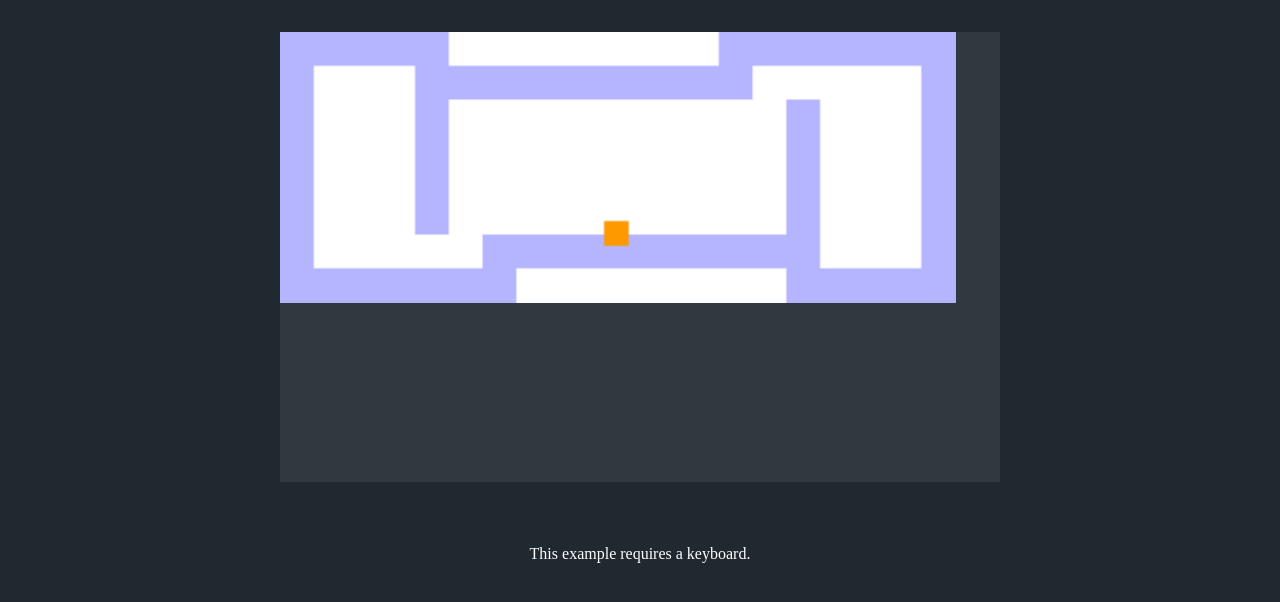
Repository: jh0l/WorldsHardestGame
Page: index.html
These files come from the project's save history. The page is drawn as it stood at one moment and after the next save; the edit follows.
The browser window is 1280 px wide. The pictures show the whole page.

Above is the page before, as saved 2018-07-19 01:08:13.

### index.html
<html>

<head>

	<meta name="viewport" content="width=device-width">
	<link href="src/index.css" rel="stylesheet" type="text/css">

	<title>PoP Vlog - Top Down Tiles</title>

</head>

<body>

	<canvas></canvas>

	<p>This example requires a keyboard.</p>

	<script src="src/index.js" type="text/javascript"></script>

</body>

</html>

### src/index.css
* {
  box-sizing: border-box;
  margin: 0;
  padding: 0;
}

html {
  height: 100%;
  width: 100%;
}

body {
  align-content: space-around;
  background-color: #202830;
  color: #ffffff;
  display: grid;
  grid-template-columns: auto;
  grid-template-rows: auto auto auto auto;
  height: 100%;
  justify-content: space-around;
  text-align: center;
  width: 100%;
}

canvas {
  background-color: #303840;
  justify-self: center;
}

### src/index.js
(function() {
  "use strict";

  var controller, display, game;

  controller = {
    down: false,
    left: false,
    right: false,
    up: false,

    keyUpDown: function(event) {
      var key_state = event.type == "keydown" ? true : false;

      switch (event.keyCode) {
        case 65:
          controller.left = key_state;
          break; // left key
        case 87:
          controller.up = key_state;
          break; // up key
        case 68:
          controller.right = key_state;
          break; // right key
        case 83:
          controller.down = key_state;
          break; // down key
      }
    }
  };
  const tileValColor = (val, index) => {
    if (val === '0') {
      return (index + game.world.columns % 2 === 0? 0 : 1) % 2 === 0 ? "#e6e6ff": "#fff";
    }
    return "#b4b5fe" ;
  };
  display = {
    buffer: document.createElement("canvas").getContext("2d"),
    context: document.querySelector("canvas").getContext("2d"),
    output: document.querySelector("p"),

    render: function() {
      for (let index = game.world.map.length - 1; index > -1; --index) {
        this.buffer.fillStyle = tileValColor(game.world.map[index], index);
        this.buffer.fillRect(
          (index % game.world.columns) * game.world.tile_size,
          Math.floor(index / game.world.columns) * game.world.tile_size,
          game.world.tile_size,
          game.world.tile_size
        );
      }

      this.buffer.fillStyle = game.player.color;
      this.buffer.fillRect(
        game.player.x,
        game.player.y,
        game.player.width,
        game.player.height
      );

      this.context.drawImage(
        this.buffer.canvas,
        0,
        0,
        this.buffer.canvas.width,
        this.buffer.canvas.height,
        0,
        0,
        this.context.canvas.width,
        this.context.canvas.height
      );
    },

    resize: function(event) {
      var client_height = document.documentElement.clientHeight;

      display.context.canvas.width = document.documentElement.clientWidth - 32;

      if (display.context.canvas.width > client_height) {
        display.context.canvas.width = client_height;
      }

      display.context.canvas.height = Math.floor(
        display.context.canvas.width * 0.625
      );

      display.render();
    }
  };
  const playerSize = 11;
  game = {
    /* This is the player object. Make sure to note that for this collision method
    to work, you must record the current and last positions of your game objects
    to use in collision detection. It is used to calculate the vector used to determine
    if an object is entering into a collision tile and from what side. */
    player: {
      color: "#ff9900",
      height: playerSize,
      old_x: 160, // these are what you should take note of. Don't worry, it's useful
      old_y: 160, // to keep track of old positions for many physics methods. These aren't one trick pony's.
      speed: 3,
      velocity_x: 0,
      velocity_y: 0,
      width: playerSize,
      x: 160 - 16,
      y: 100 - 16,

      // These functions just make it easy to read the collision code
      get bottom() {
        return this.y + this.height;
      },
      get oldBottom() {
        return this.old_y + this.height;
      },
      get left() {
        return this.x;
      }, // kind of pointless, but used
      get oldLeft() {
        return this.old_x;
      }, // to help visualize the collision methods
      get right() {
        return this.x + this.width;
      },
      get oldRight() {
        return this.old_x + this.width;
      },
      get top() {
        return this.y;
      }, // equally pointless as left side calculations
      get oldTop() {
        return this.old_y;
      }
    },

    world: {
      map: []
      // the routing functions below with matching numbers

      // represent these tiles and route their values to
      // the collision methods you might expect based on their names
    },

    /* This object is responsible for getting the collision methods that match
    tile values in the map. It uses what I call routing functions to group reusable
    narrow phase collision methods together to create a variety of different tile
    boundary shapes. You can get the same effect with an array of routing functions rather
    than giving an object's routing functions numeric indexes, if you prefer. It might be faster. */
    collision: {
      // top wall collision tile
      1: function(object, row, column) {
        // The player hits the bottom of ceiling tiles.
        this.bottomCollision(object, row);
      },

      // left wall collision tile
      2: function(object, row, column) {
        this.rightCollision(object, column);
      },

      // right wall collision tile
      3: function(object, row, column) {
        // The player collides with the left side of a wall on the right of the map.
        this.leftCollision(object, column); // Confusing to visualize, but true.
      },

      // bottom wall collision tile
      4: function(object, row, column) {
        this.topCollision(object, row);
      },

      // block tile with four walls
      5: function(object, row, column) {
        /* It makes sense to test the most likely side to be collided with first.
        In a top down game, all sides are hit about the same number of times, depending
        on gameplay, but in a side scroller with downward pulling gravity, the tops of
        tiles will usually get the most traffic, so it makes sense to test the tops
        first in those scenarios. */
        if (this.topCollision(object, row)) {
          return;
        } // Make sure to early out
        if (this.leftCollision(object, column)) {
          return;
        } // if a collision is detected.
        if (this.rightCollision(object, column)) {
          return;
        }
        this.bottomCollision(object, row); // No need to early out on the last check.
      },
      // left and right only
      6: function(object, row, column) {
        if (this.leftCollision(object, column)) {
          return;
        }
        this.rightCollision(object, column);
      },
      // left, right and bottom only
      7: function(object, row, column) {
        if (this.leftCollision(object, column)) {
          return;
        }
        if (this.rightCollision(object, column)) {
          return;
        }
        this.bottomCollision(object, row); // No need to early out on the last check.
      },
      //left right and top only
      8: function(object, row, column) {
        if (this.leftCollision(object, column)) {
          return;
        }
        if (this.rightCollision(object, column)) {
          return;
        }
        this.topCollision(object, row); // No need to early out on the last check.
      },
      //left and top
      9: function(object, row, column) {
        if (this.leftCollision(object, column)) {
          return;
        }
        this.topCollision(object, row); // No need to early out on the last check.
      },
      //bottom and right
      a: function(object, row, column) {
        if (this.rightCollision(object, column)) {
          return;
        }
        this.bottomCollision(object, row); // No need to early out on the last check.
      },

      /* Here are the narrow phase collision detection and response functions.
      For a deeper insight into how these work, and what's going on, I'm using
      leftCollision as an example. The principles I explain here apply to all
      of the other narrow phase collision methods. Note that they're basically
      doing the same thing, just for different flat sides of a tile. */
      leftCollision(object, column) {
        /* To calculate the player's movement vector, I'm no longer using its velocity (like in the last tutorial).
        Instead, I'm going to calculate it based on it's current and last positions.
        the old way was if (object.velocity_x > 0), now it's if (object.x - object.old_x > 0).
        This is a bit more reliable in my opinion, depending on how and when you calculate your velocity. */

        /* If the object is not moving right, how will it ENTER into the left side of a tile?
        If not moving right, the player can't possibly ENTER the left side of a tile.
        We are only concerned with resolving collisions objects ENTER into. If they are spawned
        inside a collision tile, it is not the collision manager's job to resolve that, it is
        the level designer's job to fix the level design so collision can be as efficient as possible. */
        if (object.x - object.old_x > 0) {
          // the left side of the specified tile column
          var left = column * game.world.tile_size;

          /* This tests to see if our object is ENTERING through the collision boundary
          along the correct movement vector. If its current position is past the boundary
          and its old position is before the boundary, we know that it has entered into collision with the tile. */
          if (object.right > left && object.oldRight <= left) {
            object.velocity_x = 0;
            object.x = object.old_x = left - object.width - 0.001;
            /* You really don't need to reset the player's old position here if you are
            setting it at the start of each game loop, but if you are using a fixed time step
            game loop with interpolation, it will make your collisions look more pixel perfect.
            The reason for this is because with interpolation, your player may be drawn slightly
            away from the wall he just collided with on the next frame of animation depending on
            how much time has passed. So, you don't need to do this, but it doesn't hurt. It may
            be a problem if you end up changing old positions for player to player collisions as well,
            however, because old positions are used to calculate vectors for tile collision.
            Just make sure changing old positions are the last thing you do before the next frame,
            and you should be fine. */

            return true;
          }
        }

        return false;
      },

      rightCollision(object, column) {
        if (object.x - object.old_x < 0) {
          // the right side of the specified tile column
          var right = (column + 1) * game.world.tile_size;

          if (object.left < right && object.oldLeft >= right) {
            object.velocity_x = 0;
            object.old_x = object.x = right;

            return true;
          }
        }

        return false;
      },

      bottomCollision(object, row) {
        // if the object is moving up
        if (object.y - object.old_y < 0) {
          var bottom = (row + 1) * game.world.tile_size;

          if (object.top < bottom && object.oldTop >= bottom) {
            object.velocity_y = 0;
            object.old_y = object.y = bottom;
          }
        }
      },

      topCollision(object, row) {
        // if the object is moving down
        if (object.y - object.old_y > 0) {
          // the top side of the specified tile row
          var top = row * game.world.tile_size;

          // if the object has passed through the tile boundary since the last game cycle
          if (object.bottom > top && object.oldBottom <= top) {
            object.velocity_y = 0;
            object.old_y = object.y = top - object.height - 0.01;

            return true;
          }
        }

        return false;
      }
    },

    // The game loop:
    loop: function() {
      // Get controller input and move that player object!
      if (controller.down) {
        game.player.velocity_y += game.player.speed;
      }

      if (controller.up) {
        game.player.velocity_y -= game.player.speed;
      }

      if (controller.left) {
        game.player.velocity_x -= game.player.speed;
      }

      if (controller.right) {
        game.player.velocity_x += game.player.speed;
      }

      // Update the player object:
      game.player.old_x = game.player.x; // Set the old position to the current position
      game.player.old_y = game.player.y; // before we update the current position, thus making it current

      game.player.x += game.player.velocity_x; // Update the current position
      game.player.y += game.player.velocity_y;

      // Do collision detection and response with the boundaries of the screen.
      // if (game.player.x < 0) {
      //   game.player.velocity_x = 0;
      //   game.player.old_x = game.player.x = 0;
      // } else if (
      //   game.player.x + game.player.width >
      //   display.buffer.canvas.width
      // ) {
      //   game.player.velocity_x = 0;
      //   game.player.old_x = game.player.x =
      //     display.buffer.canvas.width - game.player.width - 0.001;
      //   /* I added that - 0.001 to the equation to really push the player object back into
      //   the game world. If the edge of the world is 320 px, and you set the right edge of
      //   the player obect to 320, technically its tile position will be 1 tile to the right of
      //   the edge of the world when calculated. Say there are 10 columns in the map, and each
      //   tile is 32 pixels wide. 320/32 is 10, but since our map index starts at 0, a value of 10
      //   falls outside of the map's number of columns. Failing to handle this can result in
      //   testing collision on tiles in another row, or tiles at undefined positions in the map array.*/
      // }

      if (game.player.y < 0) {
        game.player.velocity_y = 0;
        game.player.old_y = game.player.y = 0;
      } else if (
        game.player.y + game.player.height >
        display.buffer.canvas.height
      ) {
        game.player.velocity_y = 0;
        game.player.old_y = game.player.y =
          display.buffer.canvas.height - game.player.height - 0.001;
      }

      /* Here is where we do broadphase collision detection with the four corners of
      our player object. This is very important. In the last tutorial the player only
      had 1 collision registration point. Collision was simple, then. Now, it's just as
      simple, but we need to do it for each corner of our player object. */

      /* Once again, there's no point of testing collision if we're not moving. depending
      on which direction we are moving we must test different collision registration points
      on our player. For instance, if he is moving left, we test the points on his left side: */
      if (game.player.x - game.player.old_x < 0) {
        // test collision on left side of player if moving left

        /* There are much more efficient ways to write this code without repeating
        variable names and this big monsterous block of if statements, but I thought it
        would be good to have specific variable names and less abstraction so you can
        get an idea of what's going on. */
        var left_column = Math.floor(game.player.left / game.world.tile_size);
        var bottom_row = Math.floor(game.player.bottom / game.world.tile_size);
        var value_at_index =
          game.world.map[bottom_row * game.world.columns + left_column];

        if (value_at_index != 0) {
          // Check the bottom left point

          game.collision[value_at_index](game.player, bottom_row, left_column);
          display.output.innerHTML =
            "last tile collided with: " + value_at_index;
        }

        var top_row = Math.floor(game.player.top / game.world.tile_size);
        value_at_index =
          game.world.map[top_row * game.world.columns + left_column];

        if (value_at_index != 0) {
          // Check the top left point

          game.collision[value_at_index](game.player, top_row, left_column);
          display.output.innerHTML =
            "last tile collided with: " + value_at_index;
        }
      } else if (game.player.x - game.player.old_x > 0) {
        // Is the player moving right?

        var right_column = Math.floor(game.player.right / game.world.tile_size);
        var bottom_row = Math.floor(game.player.bottom / game.world.tile_size);
        var value_at_index =
          game.world.map[bottom_row * game.world.columns + right_column];

        if (value_at_index != 0) {
          // Check the bottom right point

          game.collision[value_at_index](game.player, bottom_row, right_column);
          display.output.innerHTML =
            "last tile collided with: " + value_at_index;
        }

        var top_row = Math.floor(game.player.top / game.world.tile_size);
        value_at_index =
          game.world.map[top_row * game.world.columns + right_column];

        if (value_at_index != 0) {
          // Check the top right point

          game.collision[value_at_index](game.player, top_row, right_column);
          display.output.innerHTML =
            "last tile collided with: " + value_at_index;
        }
      }

      if (game.player.y - game.player.old_y < 0) {
        var left_column = Math.floor(game.player.left / game.world.tile_size);
        var top_row = Math.floor(game.player.top / game.world.tile_size);
        var value_at_index =
          game.world.map[top_row * game.world.columns + left_column];

        if (value_at_index != 0) {
          // Check the top left point

          game.collision[value_at_index](game.player, top_row, left_column);
          display.output.innerHTML =
            "last tile collided with: " + value_at_index;
        }

        var right_column = Math.floor(game.player.right / game.world.tile_size);
        value_at_index =
          game.world.map[top_row * game.world.columns + right_column];

        if (value_at_index != 0) {
          // Check the top right point

          game.collision[value_at_index](game.player, top_row, right_column);
          display.output.innerHTML =
            "last tile collided with: " + value_at_index;
        }
      } else if (game.player.y - game.player.old_y > 0) {
        var left_column = Math.floor(game.player.left / game.world.tile_size);
        var bottom_row = Math.floor(game.player.bottom / game.world.tile_size);
        var value_at_index =
          game.world.map[bottom_row * game.world.columns + left_column];

        if (value_at_index != 0) {
          // Check the bottom left point

          game.collision[value_at_index](game.player, bottom_row, left_column);
          display.output.innerHTML =
            "last tile collided with: " + value_at_index;
        }

        var right_column = Math.floor(game.player.right / game.world.tile_size);
        value_at_index =
          game.world.map[bottom_row * game.world.columns + right_column];

        if (value_at_index != 0) {
          // Check the bottom right point

          game.collision[value_at_index](game.player, bottom_row, right_column);
          display.output.innerHTML =
            "last tile collided with: " + value_at_index;
        }
      }

      game.player.velocity_x = 0;
      game.player.velocity_y = 0;

      display.render();

      window.requestAnimationFrame(game.loop);
    }
  };

  display.buffer.canvas.height = 200;
  display.buffer.canvas.width = 320;

  window.addEventListener("resize", display.resize);
  window.addEventListener("keydown", controller.keyUpDown);
  window.addEventListener("keyup", controller.keyUpDown);

  display.resize();
  // 1s are ceiling tiles
  // 2s and 3s are right and left wall tiles
  // 5 is a solid block/box tile
  // 4 is a floor tile
  const mapStr = `
11111000000001111111
2000311111111a000003
20006000000000080003
20006000000000060003
20006000000000060003
20007000000000060003
20000094444444420003
14444410000000014441
`;
  const map = mapStr
    .slice(1, -1)
    .replace(/\n/g, "")
    .split("");
  game.world = Object.assign(game.world, {
    columns: mapStr.split("\n")[1].length,
    rows: 5,
    tile_size: 15,
    map
  });
  game.loop();
})();

After the next save:
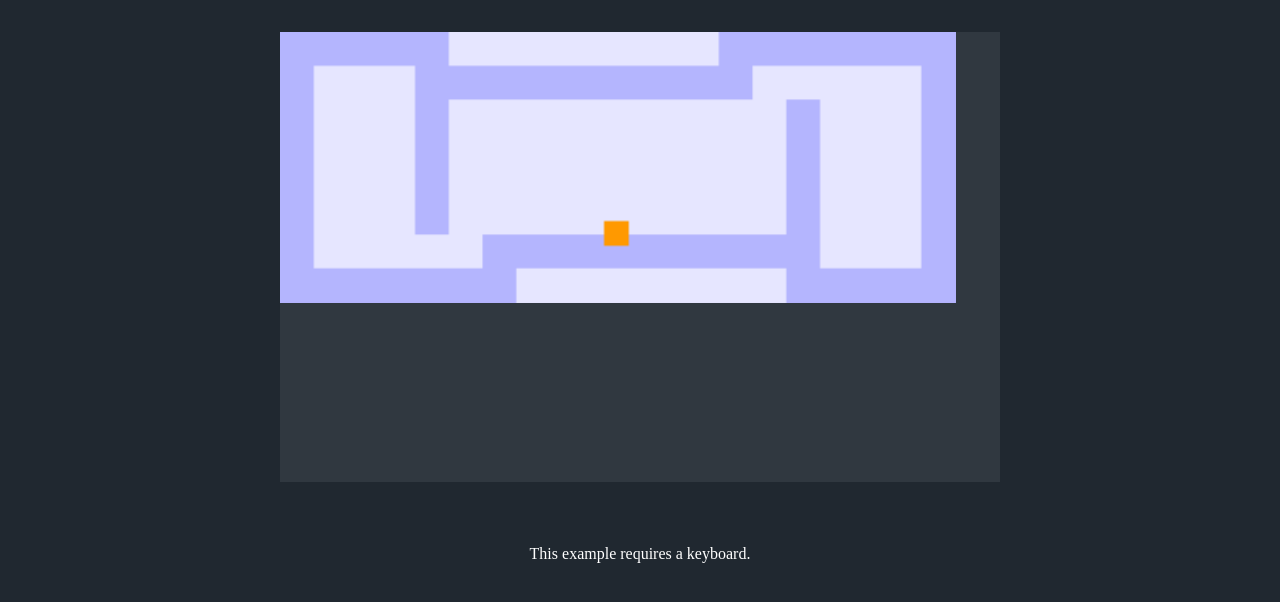
Saved 10 s later.
--- a/src/index.js
+++ b/src/index.js
@@ -30,7 +30,7 @@
   };
   const tileValColor = (val, index) => {
     if (val === '0') {
-      return (index + game.world.columns % 2 === 0? 0 : 1) % 2 === 0 ? "#e6e6ff": "#fff";
+      return (index + game.world.columns % 2 === 0? 1 : 0) % 2 === 0 ? "#e6e6ff": "#fff";
     }
     return "#b4b5fe" ;
   };
